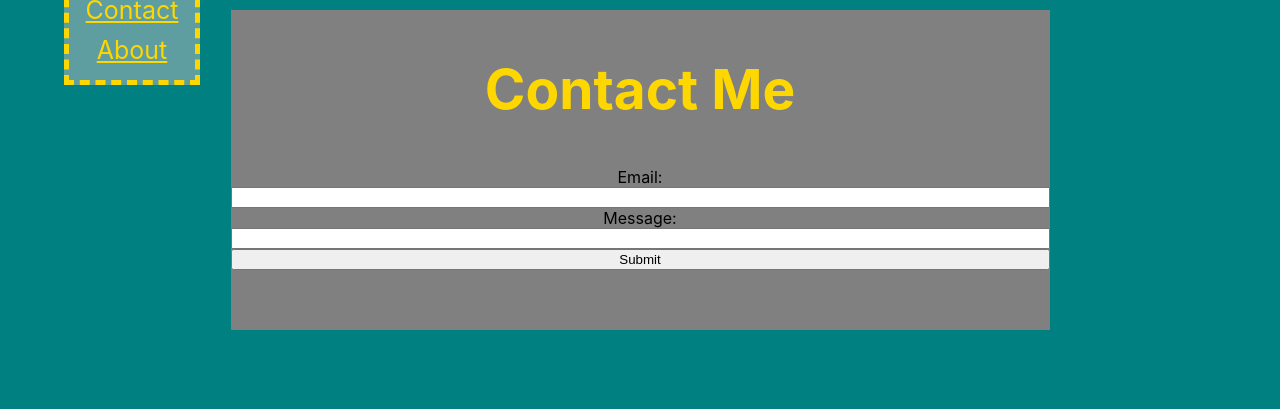
Repository: zeidalidiez/portfolioreact
Page: /Contact
The author's editor kept a copy of each file at every save. The page is drawn from the files as they stood at one save, then again after the next save.
The browser window is 1280 px wide. The pictures show the whole page.
The project was rebuilt for these pictures with package versions that can differ from the ones it lists, and the page was loaded fresh each time. Also part of the build but not shown: src/components/Thumbnail.js, src/components/Projects.js, src/components/About.js.

Above is the page before, as saved 2021-02-08 18:00:50.

After the next save:
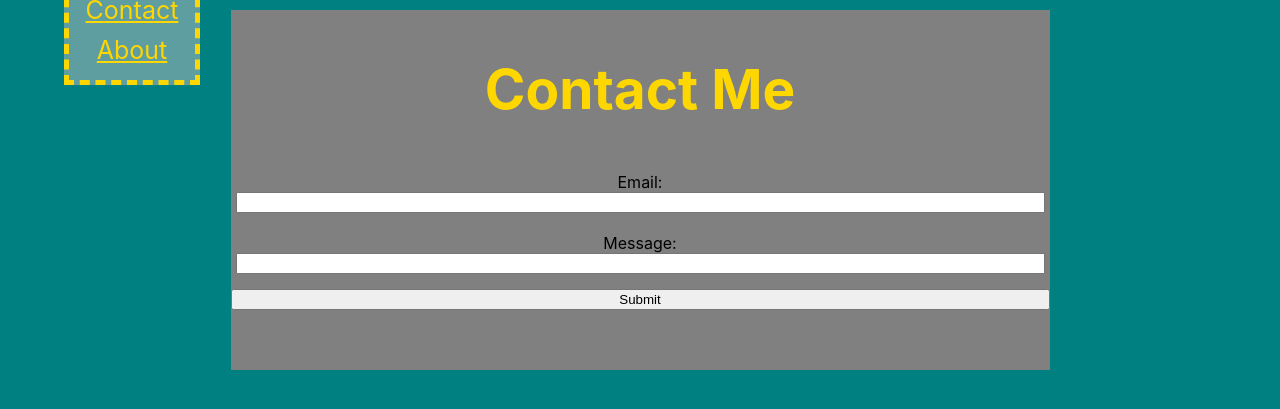
Saved 3 min 48 s later.
--- a/src/components/Contact.js
+++ b/src/components/Contact.js
@@ -18,10 +18,14 @@ export default class Contact extends React.Component {
         method="POST"
       >
  <h2>Contact Me</h2>
+ <div className="emailInput">
         <label>Email:</label>
         <input type="email" name="email" />
+        </div>
+        <div className="messageInput">
         <label>Message:</label>
         <input type="text" name="message" />
+        </div>
         {status === "SUCCESS" ? <p>Thanks!</p> : <button>Submit</button>}
         {status === "ERROR" && <p>Ooops! There was an error.</p>}
       </form>
